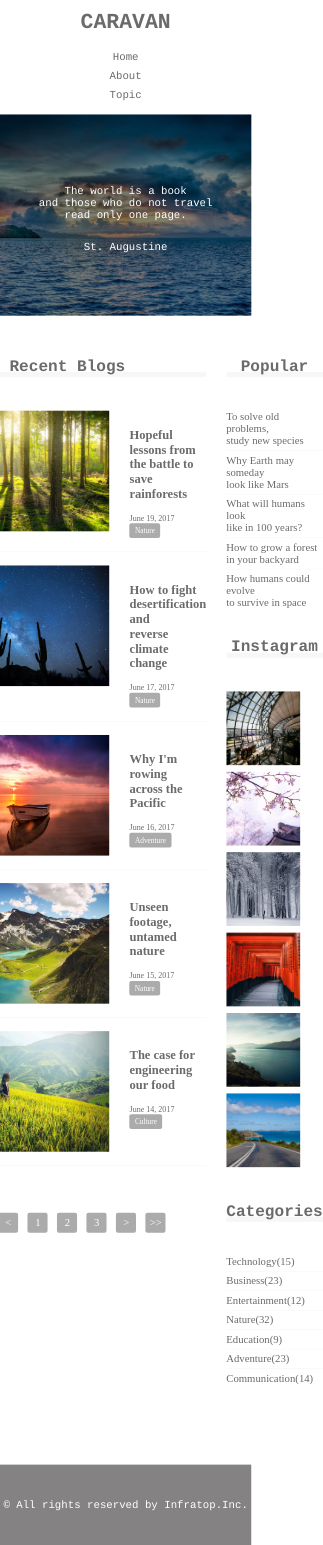
Repository: pureforest/html
Page: caravan/index.html
The author's editor kept a record of every edit. The page is drawn from the files as they stood at one moment, then again after the next edit.
The browser window is 375 px wide. The page is 482 px wide, then 465 px, so the pictures cover 482 px, including what lies to the right of the window. The pictures show the whole page, at 67% of full size.
Some web libraries are served in a nearby version.

Above is the page before.

After the next edit:
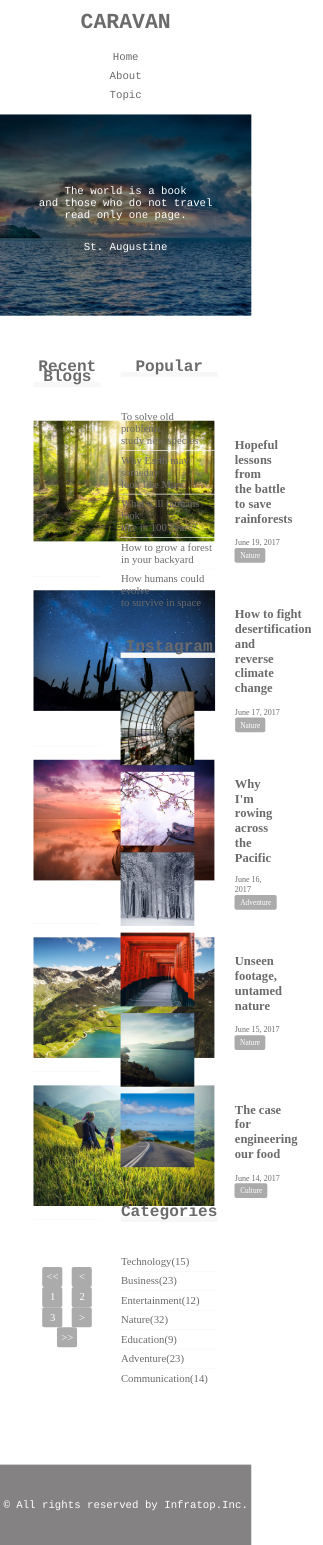
The edit:
--- a/caravan/style.css
+++ b/caravan/style.css
@@ -259,8 +259,7 @@
 }
 
 .blog {
-  width: 540px;
-  margin-right: 30px;
+  width: 100%;
 }
 
 .blog-heading {
